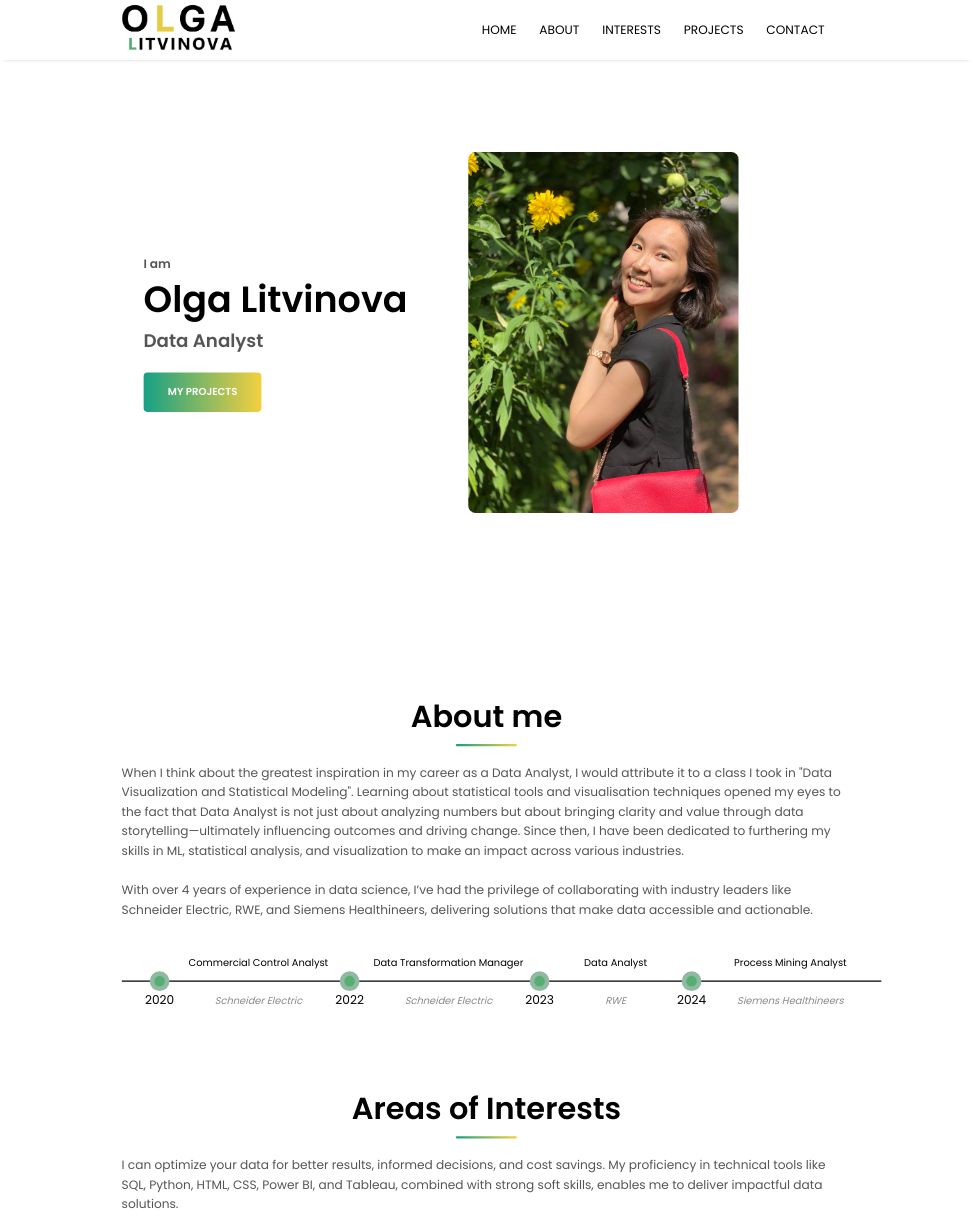
Repository: OlgaKuzminichna/CV
Page: index.html
The author's editor kept a copy of each file at every save. The page is drawn from the files as they stood at one save, then again after the next save.
The browser window is 1280 px wide. The pictures show the part of the page from y = 0 to 1609 px (the page is 4150 px tall before and 4201 px after), at 76% of full size.
A picture or video elsewhere on the page could not be fetched, so the positions and the page height are approximate.

Above is the page before, as saved 2024-11-24 22:15:30.

After the next save:
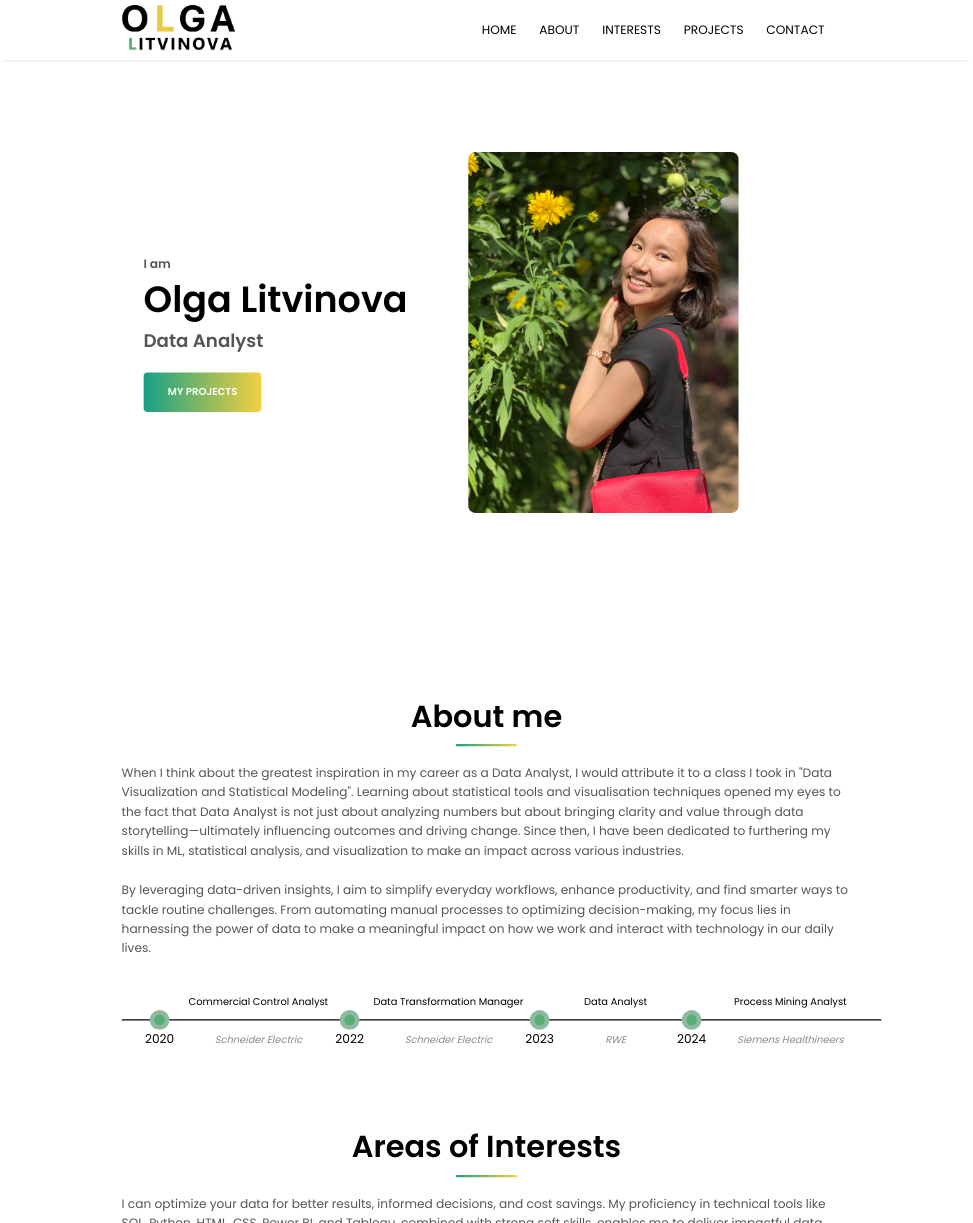
Saved 5 min 18 s later.
--- a/index.html
+++ b/index.html
@@ -75,7 +75,7 @@
                 </p>
                 <p>
                     <br>
-                    With over 4 years of experience in data science, I’ve had the privilege of collaborating with industry leaders like Schneider Electric, RWE, and Siemens Healthineers, delivering solutions that make data accessible and actionable.
+                    By leveraging data-driven insights, I aim to simplify everyday workflows, enhance productivity, and find smarter ways to tackle routine challenges. From automating manual processes to optimizing decision-making, my focus lies in harnessing the power of data to make a meaningful impact on how we work and interact with technology in our daily lives.
                 </p>
 
             </div>
